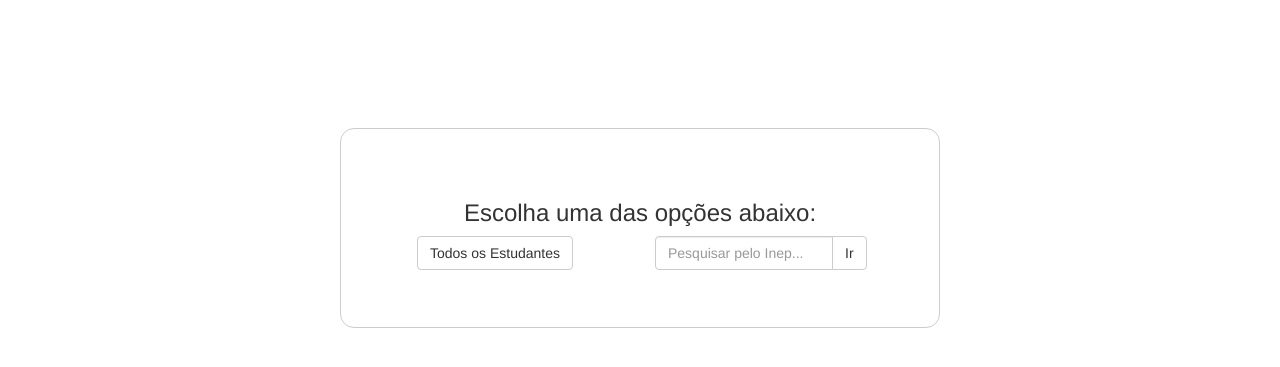
Repository: ipti/br.tag.webservice
Page: http://localhost/Restful-API-TAG/students.jsp
An editor plug-in stored every save of this project. The page is shown before and after the next save, followed by the edit.
The browser window is 1280 px wide. The pictures show the whole page.
The page is served by Tomcat 9.

Above is the page before, as saved 2016-04-27 14:03:32.

After the next save:
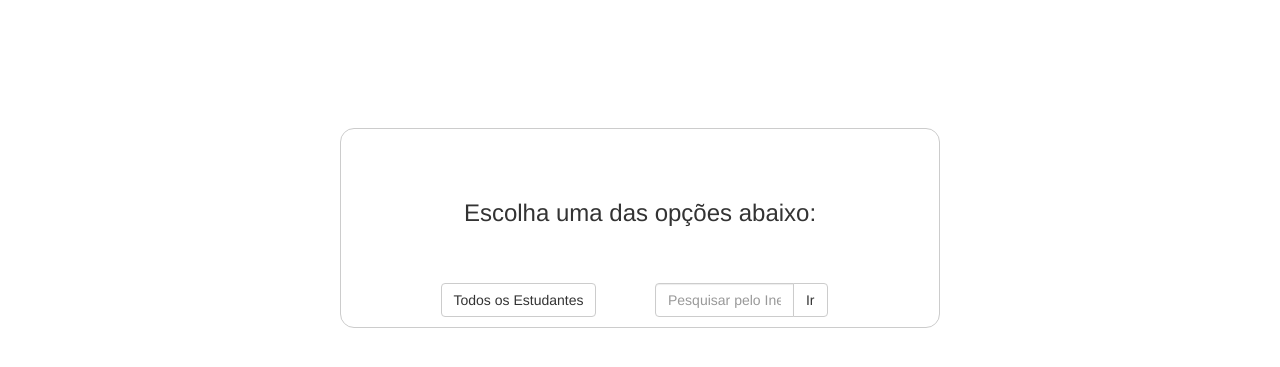
Saved 4 s later.
--- a/Restful-API-TAG/WebContent/students.jsp
+++ b/Restful-API-TAG/WebContent/students.jsp
@@ -12,7 +12,7 @@
 	<div id="studentDiv">
 		<h3 id="titleStudent">Escolha uma das opções abaixo:</h3>
 
-		<div style="margin: 10px" class="btn-group-md text-center" role="group" aria-label="...">
+		<div style="margin: 10%" class="btn-group-md text-center" role="group" aria-label="...">
 			<div class="row">
 				<div class="col-lg-6">
 					<a type="submit" class="btn btn-default" href="${pageContext.request.contextPath}/api/TagService/getStudents">Todos os Estudantes</a>
